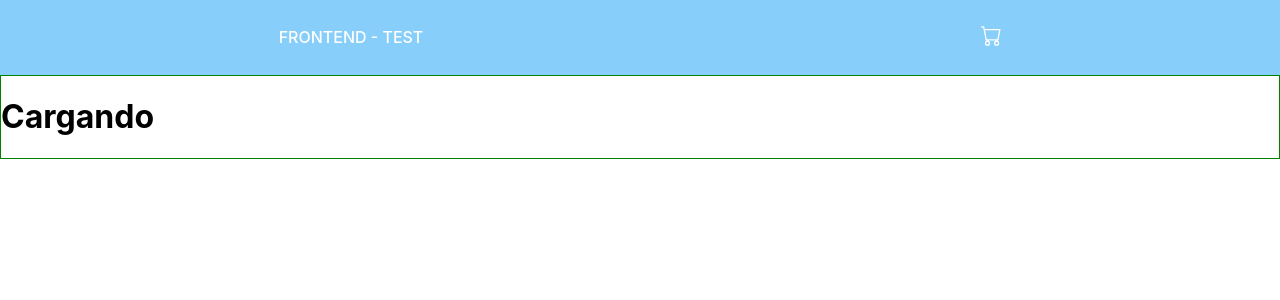
Repository: banchiec/atInditex
Page: /
An editor plug-in stored every save of this project. The page is shown before and after the next save, followed by the edit.
The browser window is 1280 px wide. The pictures show the whole page.
The page's requests for data from a server got no answer. The project was rebuilt for these pictures with package versions that can differ from the ones it lists, and the page was loaded fresh each time. No one was signed in, and anything a server would have sent is missing. Also part of the build but not shown: src/components/Cards/CardProductItem/CardProductItem.js.

Above is the page before, as saved 2022-09-03 12:33:32.

### src/App.js
import {BrowserRouter as Router, Routes, Route } from 'react-router-dom'
import * as path from './utils/paths'
import Header from './components/Header/Header';
import ProductsScreen from './screen/ProductsScreen/ProductsScreen';
import { useEffect } from 'react';
import { getProducts } from './utils/products/products.utils';

function App() {

  useEffect(()=>{
    getProducts()
  },[])

  return (
    <Router>
      <Header/>
      <Routes>
        <Route path={path.PRODUCTPAGE} element={<ProductsScreen/>} />
        <Route path={path.DETAILSPAGE} element={<ProductsScreen/>} />
      </Routes>
    </Router>
  );
}

export default App;

### src/utils/paths.js
export const PRODUCTPAGE= '/'
export const DETAILSPAGE= '/product/details/:id'

### src/components/Header/Header.js
import { Link } from "react-router-dom"
import {BsCart} from 'react-icons/bs'
import * as path from '../../utils/paths'
import { ContainerHeader } from "./headerStyled"

const Header = () => {
  return(
    <ContainerHeader>
      <div>
        <Link to={path.PRODUCTPAGE}>
          FRONTEND - TEST
        </Link>
      </div>
      <div>
        <BsCart/>
      </div>
    </ContainerHeader>
  )
}
export default Header

### src/screen/ProductsScreen/ProductsScreen.js
import { useEffect, useState } from "react"
import { ContainerProducts } from "./styles/productScreenStyled"
import { getWithExpiry } from "../../utils/localStorage"
import CardProductItem from "../../components/Cards/CardProductItem/CardProductItem"

const ProductsScreen = () => {
  const [products, setProducts] = useState([])
  const [alert, setAlert] = useState(null)

  useEffect(()=> {
    setProducts(getWithExpiry('products'))
  },[])

  useEffect(() => {
    setTimeout(() => {
      if(getWithExpiry('products') === null){
        setAlert(
          <div>
            <h1>Es necesario volver a solicitar la información</h1>
          </div>
        )
        setProducts([])
      }
    }, 100000)
  },[])

  useEffect(()=>{
    console.log(localStorage.getItem('products'));
  },[])

  console.log(products);

  return (
    <ContainerProducts>
      { !products ? (
        <h1>Cargando</h1>
      ):(

        products?.map((item) => {
        return (
          <CardProductItem
            key={item.id}
            imgUrl={item.imgUrl}
            brand={item.brand}
            model={item.model}
            price={item.price}
          />
        )
      })) }
      {alert}
    </ContainerProducts>
  )
}

export default ProductsScreen

### src/utils/products/products.utils.js
import ProductsService from "../../services/product.services"
import { setWithExpiry } from "../localStorage"
const productService = new ProductsService()

export const getProducts = async () => {
	console.log("object");
	const products = await productService.getProducts()
		.then((data)=> {
			setWithExpiry('products', JSON.stringify(data.data), 9000)
		})
		.catch((error) => console.log(error))
}

### src/components/Header/headerStyled.js
import styled from "styled-components";

export const ContainerHeader = styled.header`
  display: flex;
  justify-content: space-around;
  align-items: center;
  background: #87CEFA;
  padding: 25px 0;
  border: 1px solid greee;
  a {
    text-decoration: none;
    color: #ffff;
    font-weight: 500;
  }
  svg {
    font-size: 1.3rem;
    color: #ffff;
  }
`

### src/screen/ProductsScreen/styles/productScreenStyled.js
import styled from "styled-components";
export const ContainerProducts =  styled.div`
  border: 1px solid green;
`

### src/utils/localStorage.js
export const setWithExpiry = (key, value, ttl) =>  {
	const now = new Date()
	const item = {
		value: value,
		expiry: now.getTime() + ttl,
	}
	localStorage.setItem(key, JSON.stringify(item))
}

export const getWithExpiry = (key) =>  {
	const itemStr =  localStorage.getItem(key)
	if (!itemStr) {
		return null
	}
	const item = JSON.parse(itemStr)
	const now = new Date()
	if (now.getTime() > item.expiry) {
		localStorage.removeItem(key)
		return null
	}
	return  JSON.parse( item.value)
}

### src/services/product.services.js
import axios from 'axios'

class ProductsService {
	constructor() {
		this.instance = axios.create({
			baseURL: `https://front-test-api.herokuapp.com/api/product`,
			withCredentials: false
		})
	}
	deleteProduct = (id) => this.instance.delete(`/${id}`)
	getProducts = () => this.instance.get("/")
	getOneProduct = (id) => this.instance.get(`/${id}`)
	createProduct = (form) => this.instance.post("/new", form)


}
export default ProductsService;

Loaded but not shown: public/index.html (common file); src/index.js (common file); src/index.css (common file); src/reportWebVitals.js (common file)

After the next save:
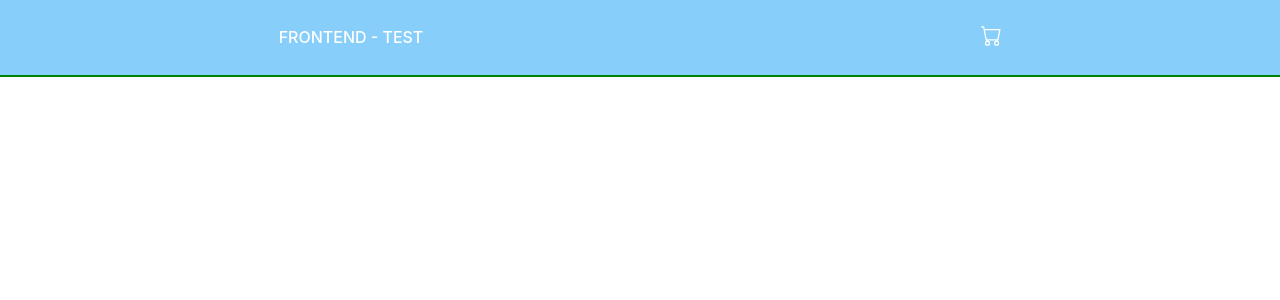
Saved 5 min 58 s later.
--- a/src/screen/ProductsScreen/ProductsScreen.js
+++ b/src/screen/ProductsScreen/ProductsScreen.js
@@ -8,7 +8,7 @@ const ProductsScreen = () => {
   const [alert, setAlert] = useState(null)
 
   useEffect(()=> {
-    setProducts(getWithExpiry('products'))
+    console.log(getWithExpiry('products'))
   },[])
 
   useEffect(() => {
